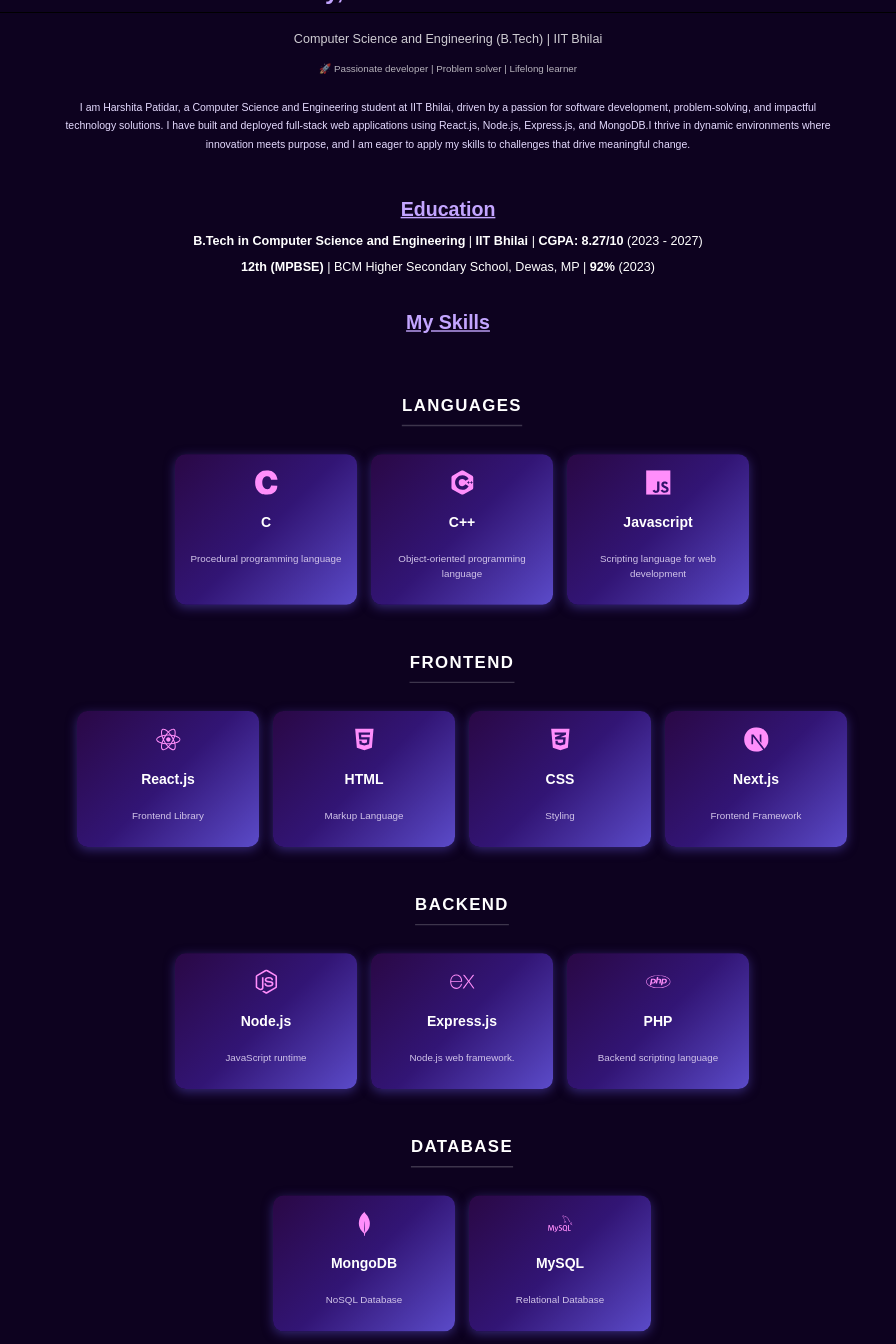
Repository: harshitap1305/Portfolio
Page: /
The author's editor kept a copy of each file at every save. The page is drawn from the files as they stood at one save, then again after a run of saves.
The browser window is 1280 px wide. The pictures show the part of the page from y = 347 to 2267 px (the page is 4551 px tall before and 4590 px after), at 70% of full size.
The project was rebuilt for these pictures with package versions that can differ from the ones it lists, and the page was loaded fresh each time. Also part of the build but not shown: vite.config.js.

Above is the page before, as saved 2025-03-27 22:18:26.

After the next 2 saves:
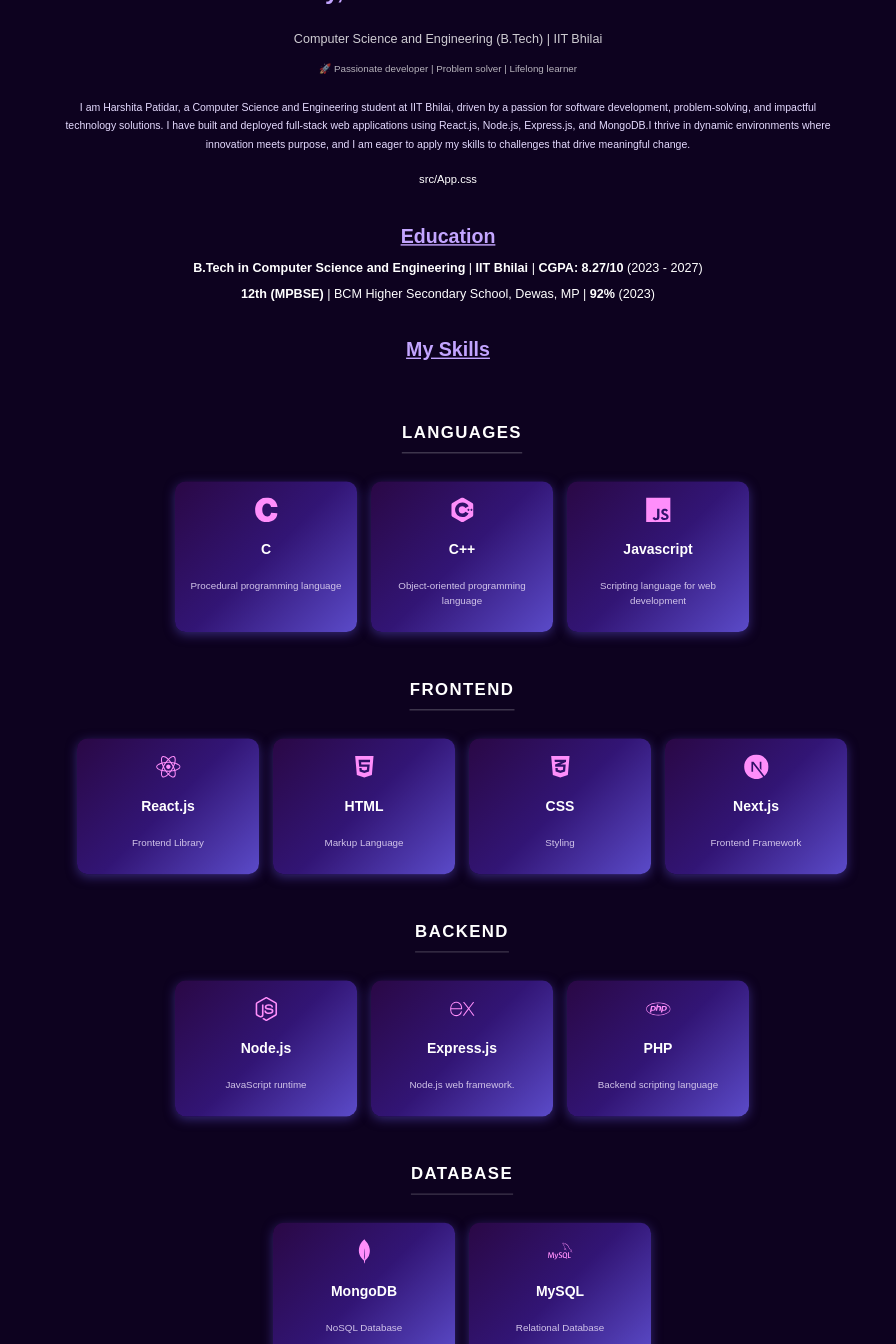
The 2 saves are shown as one change because they came seconds apart.
The last was saved 6 min 45 s later.
--- a/src/Home.jsx
+++ b/src/Home.jsx
@@ -71,6 +71,7 @@
       🚀 Passionate developer | Problem solver | Lifelong learner
       </p>
       <p className='intro'>I am Harshita Patidar, a Computer Science and Engineering student at IIT Bhilai, driven by a passion for software development, problem-solving, and impactful technology solutions. I have built and deployed full-stack web applications using React.js, Node.js, Express.js, and MongoDB.I thrive in dynamic environments where innovation meets purpose, and I am eager to apply my skills to challenges that drive meaningful change.</p>
+      src/App.css
       <div className="education-container">
         <h1 className="education-heading">Education</h1>
         <ul className="education-list">

After the save that followed:
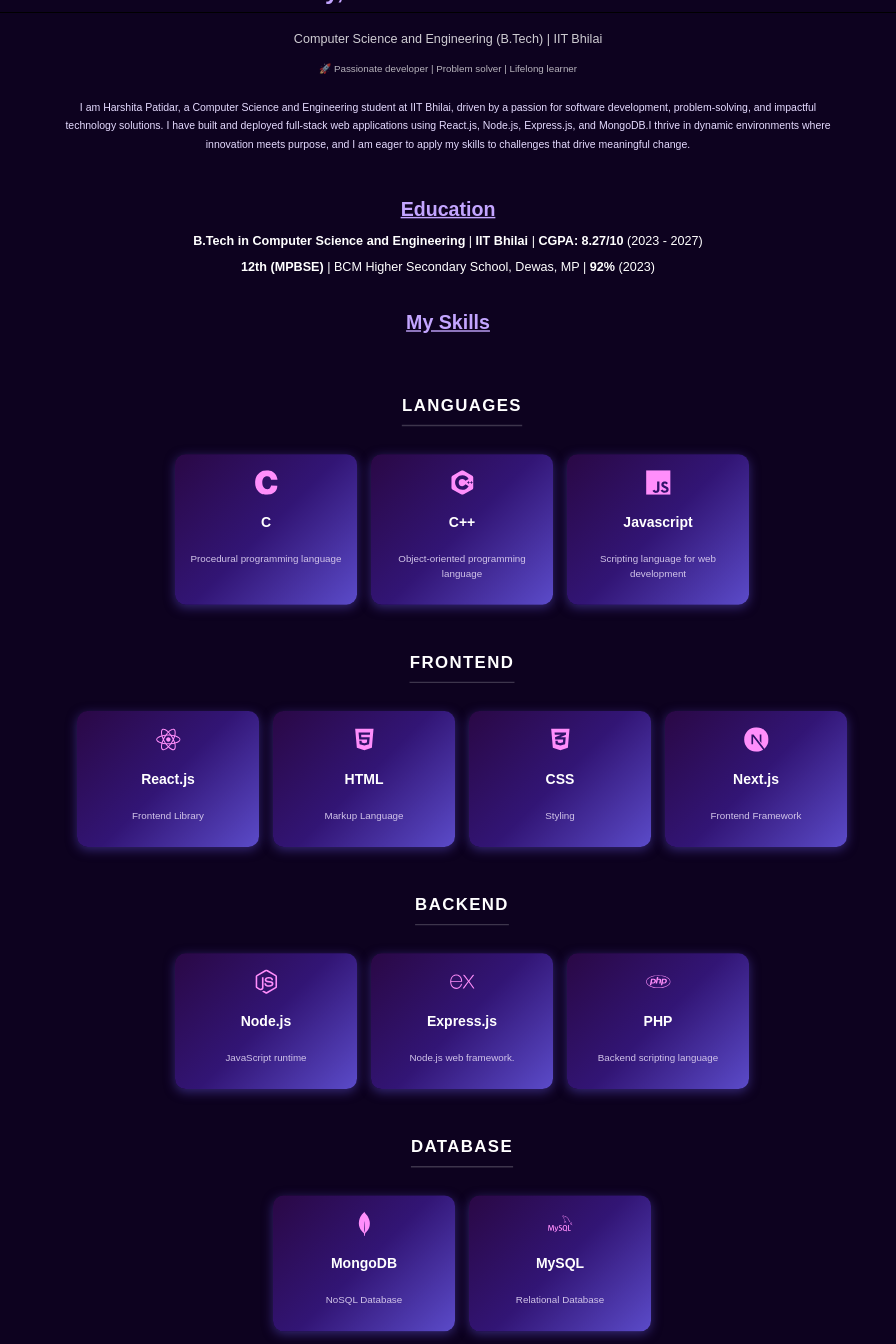
Saved 6 s later.
--- a/src/Home.jsx
+++ b/src/Home.jsx
@@ -71,7 +71,7 @@
       🚀 Passionate developer | Problem solver | Lifelong learner
       </p>
       <p className='intro'>I am Harshita Patidar, a Computer Science and Engineering student at IIT Bhilai, driven by a passion for software development, problem-solving, and impactful technology solutions. I have built and deployed full-stack web applications using React.js, Node.js, Express.js, and MongoDB.I thrive in dynamic environments where innovation meets purpose, and I am eager to apply my skills to challenges that drive meaningful change.</p>
-      src/App.css
+
       <div className="education-container">
         <h1 className="education-heading">Education</h1>
         <ul className="education-list">
